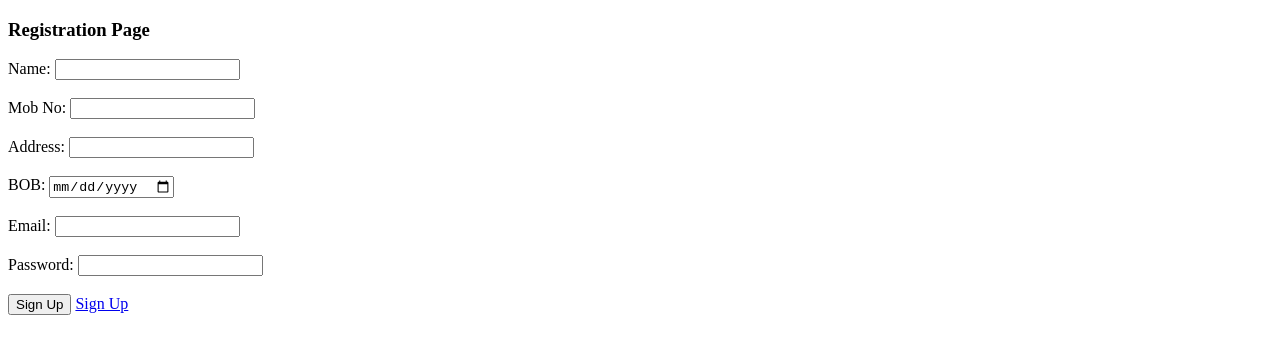
Repository: VinayBhirud/bookshop1
Page: bookshop1/src/main/webapp/register.html
The author's editor kept a copy of each file at every save. The page is drawn from the files as they stood at one save, then again after the next save.
The browser window is 1280 px wide. The pictures show the whole page.

Above is the page before, as saved 2023-06-20 13:09:00.

After the next save:
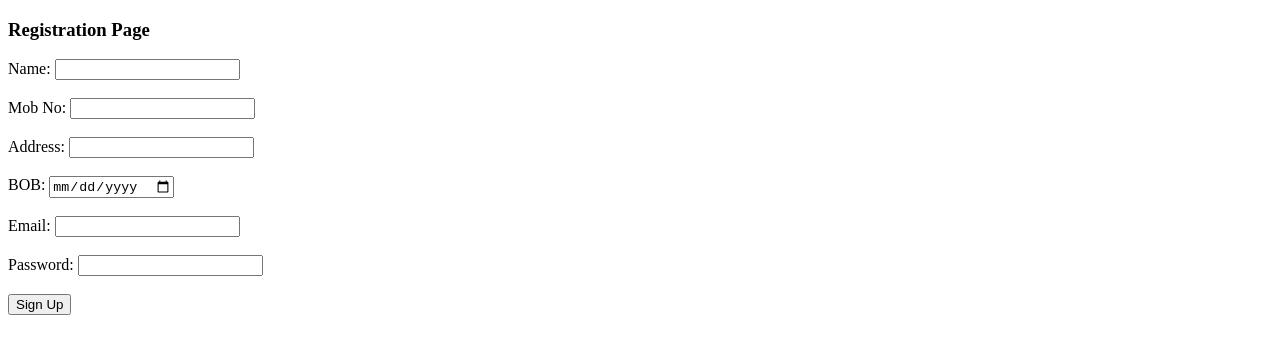
Saved 8 s later.
--- a/bookshop1/src/main/webapp/register.html
+++ b/bookshop1/src/main/webapp/register.html
@@ -14,7 +14,6 @@
 		Email: <input type="text" name="email"/><br><br>
 		Password: <input type="password" name="passwd"/><br/><br/>
 		<input type="submit" value="Sign Up"/>
-		<a href="register.html">Sign Up</a>
 	</form>
 </body>
 </html>
